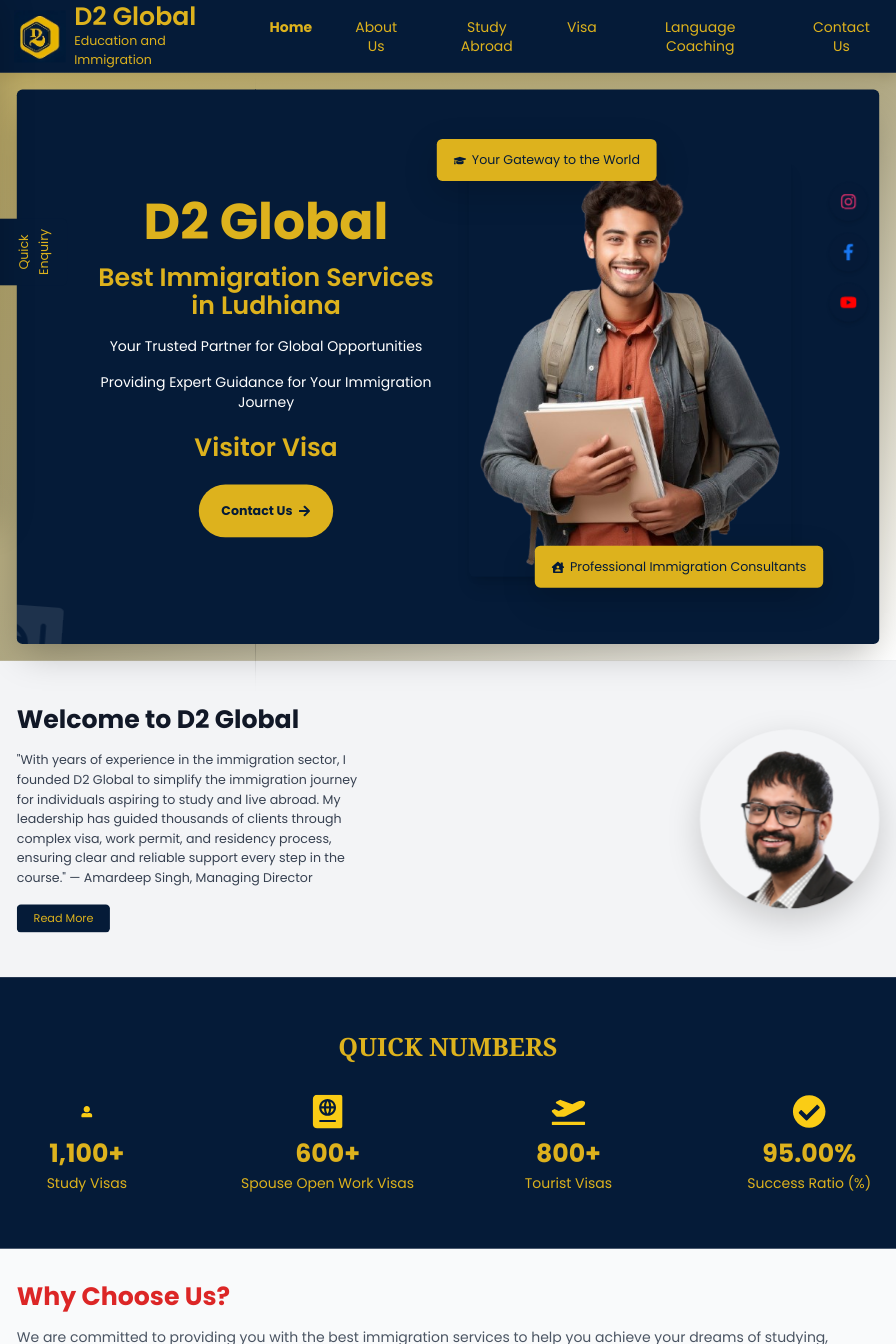
Repository: abhijeets54/d2globalbackup
Page: /
These files come from the project's save history. The page is drawn as it stood at one moment and after a run of saves; the edit follows.
The browser window is 1280 px wide. The pictures show the part of the page from y = 0 to 1920 px (the page is 6848 px tall), at 70% of full size.
The page's requests for data from a server got no answer. The project was rebuilt for these pictures with package versions that can differ from the ones it lists, and the page was loaded fresh each time. No one was signed in, and anything a server would have sent is missing. Also part of the build but not shown: vite.config.js, src/components/Button.jsx, src/components/PostCard.jsx, src/components/Input.jsx, src/components/Collage.jsx, src/components/PopupForm.jsx, src/components/Events.jsx, src/components/People.jsx and 29 more. Imported but missing from the stored project, and not drawn on this page: src/components/Donate/RestoftheWorld.jsx, src/components/Donate/WithInIndia.jsx, src/components/JoinUs.jsx, src/components/Projects/Awareness.jsx, src/components/Projects/Education.jsx, src/components/Projects/HumanitarianAid.jsx, src/components/ThreePillars.jsx, src/pages/Donate.jsx and 2 more.

Above is the page before, as saved 2024-10-08 10:04:37.

After the next 2 saves:
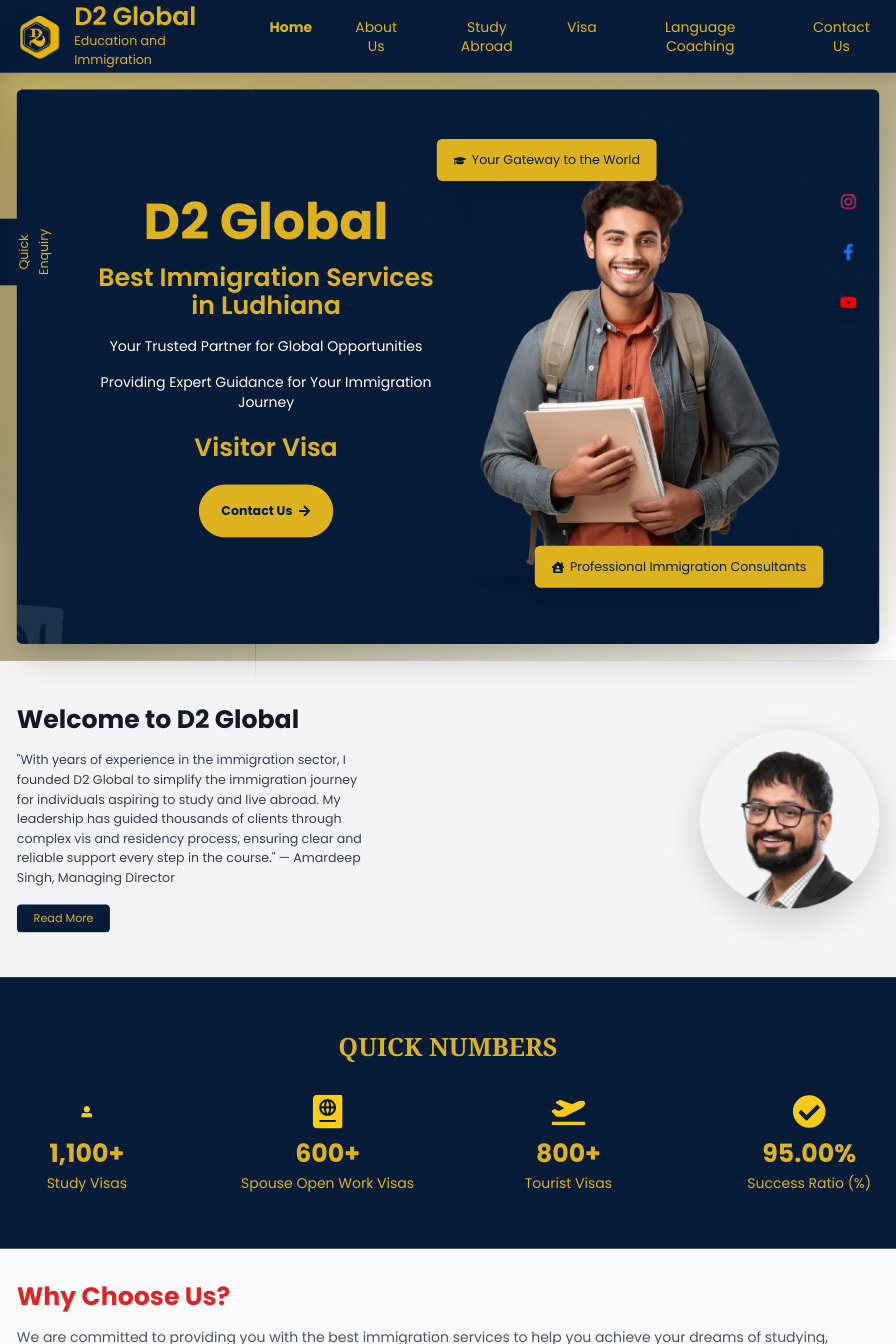
The 2 saves are shown as one change because they came seconds apart.
The last was saved 16 s later.
--- a/src/components/About.jsx
+++ b/src/components/About.jsx
@@ -47,7 +47,7 @@
         >
           <h2 className="text-3xl md:text-4xl  font-bold mb-4 text-gray-900">Welcome to D2 Global</h2>
           <p className="text-base md:text-lg text-gray-700">
-          "With years of experience in the immigration sector, I founded D2 Global to simplify the immigration journey for individuals aspiring to study and live abroad. My leadership has guided thousands of clients through complex visa, work permit, and residency process, ensuring clear and reliable support every step in the course."
+          "With years of experience in the immigration sector, I founded D2 Global to simplify the immigration journey for individuals aspiring to study and live abroad. My leadership has guided thousands of clients through complex vis and residency process, ensuring clear and reliable support every step in the course."
 
 — Amardeep Singh, Managing Director
           </p>
